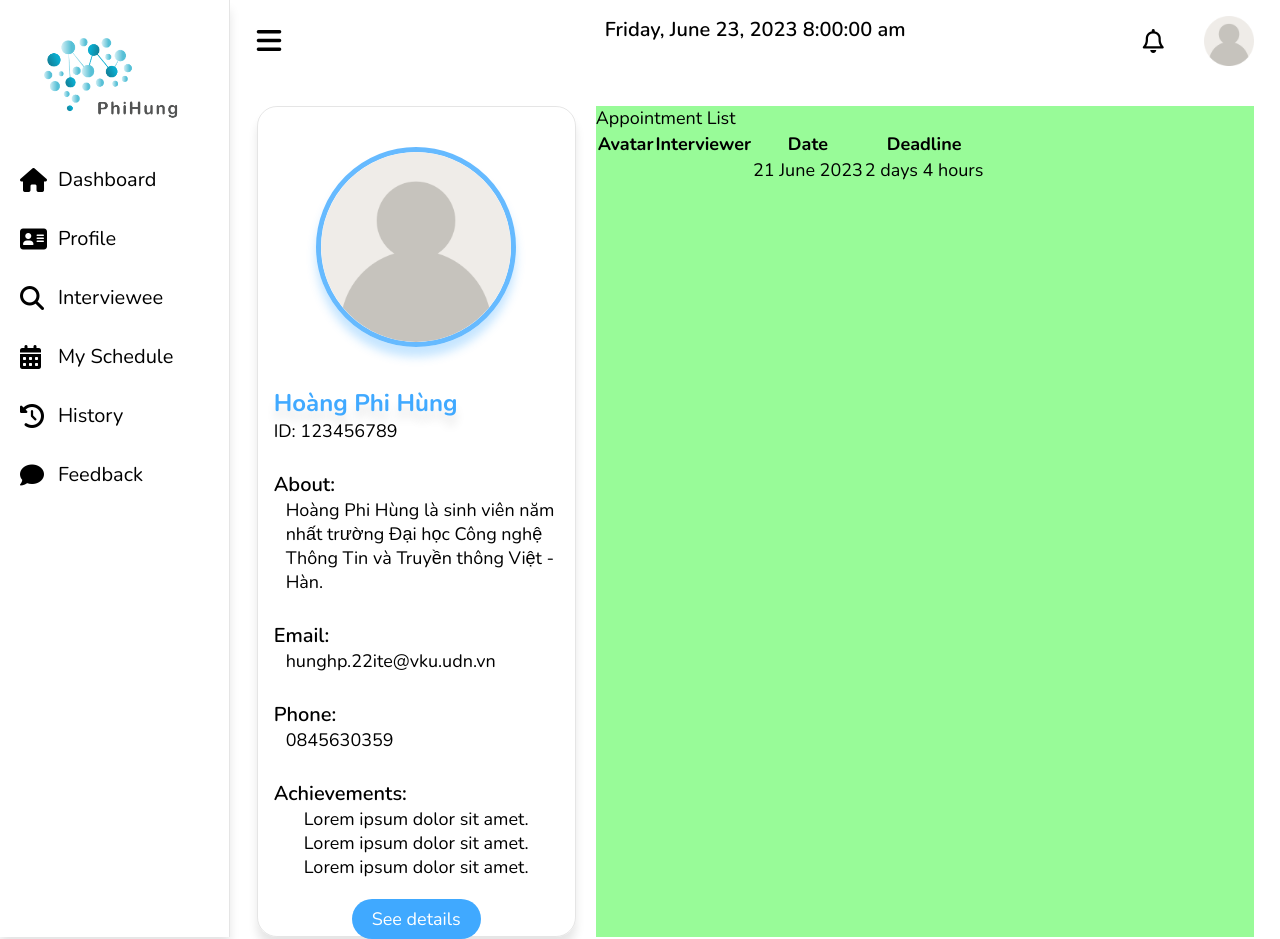
Repository: hphihungit/InterviewService
Page: interviewee.html
The author's editor kept a copy of each file at every save. The page is drawn from the files as they stood at one save, then again after the next save.
The browser window is 1280 px wide. The pictures show the whole page.

Above is the page before, as saved 2023-06-01 00:50:26.

After the next save:
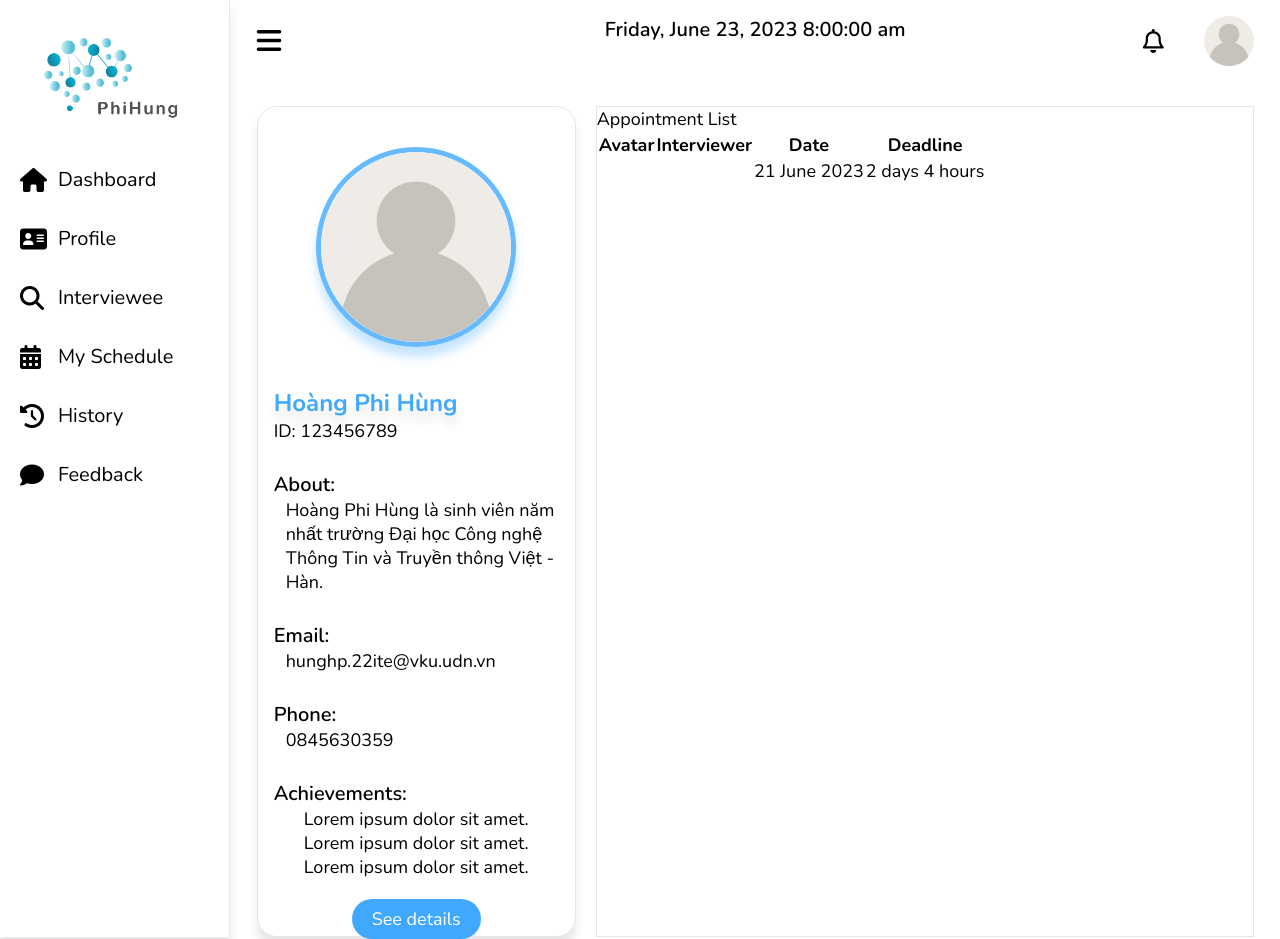
Saved 29 s later.
--- a/assets/css/interviewee.css
+++ b/assets/css/interviewee.css
@@ -199,5 +199,5 @@
 
 .info {
     width: 66%;
-    background-color: palegreen;
-}
+    border: 1px solid rgba(0, 0, 0, 0.1);
+}
